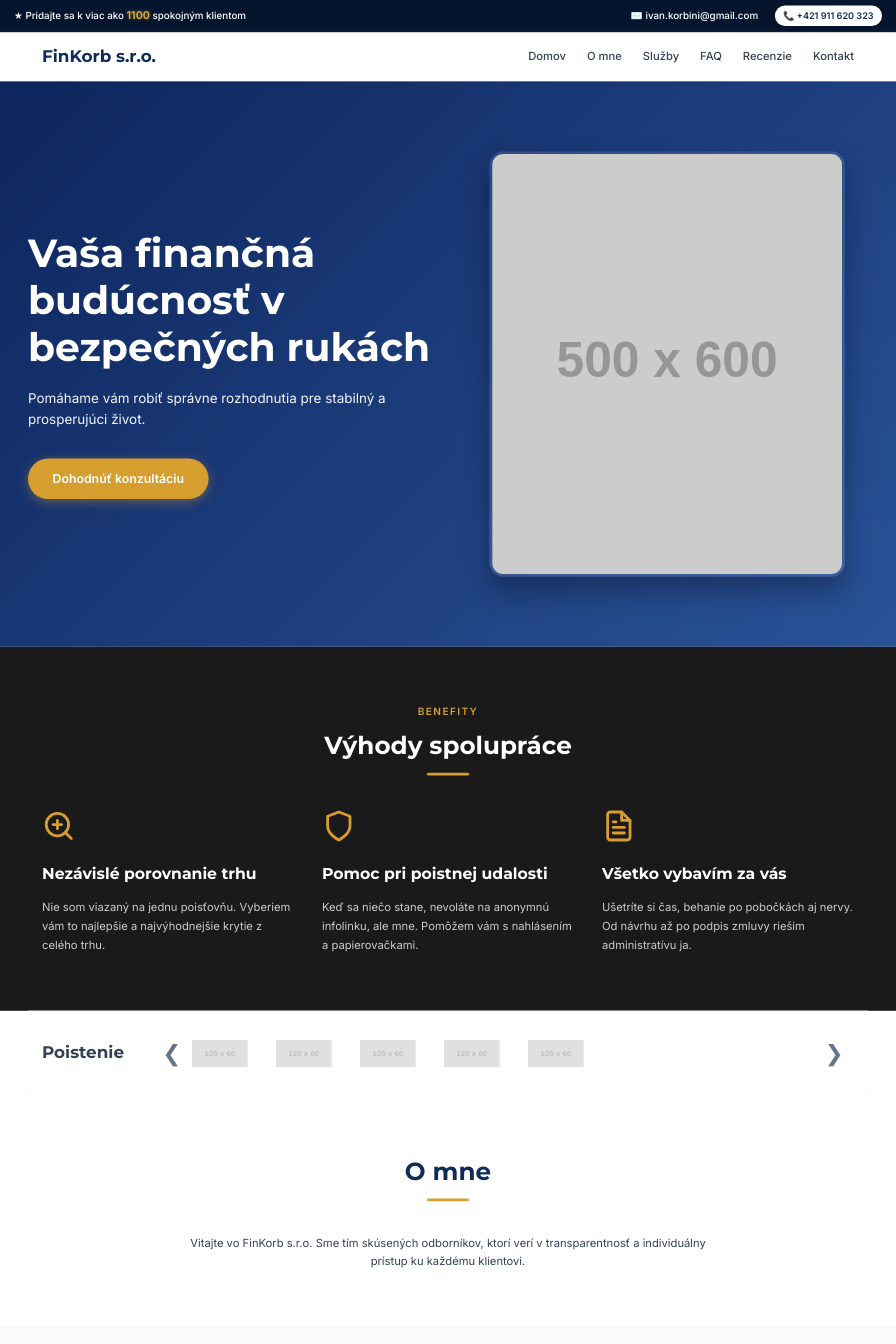
Repository: IvanK03/personal_web
Page: web/index.html
The author's editor kept a copy of each file at every save. The page is drawn from the files as they stood at one save, then again after the next save.
The browser window is 1280 px wide. The pictures show the part of the page from y = 0 to 1920 px (the page is 3526 px tall), at 70% of full size.

Above is the page before, as saved 2026-02-22 12:29:58.

After the next save:
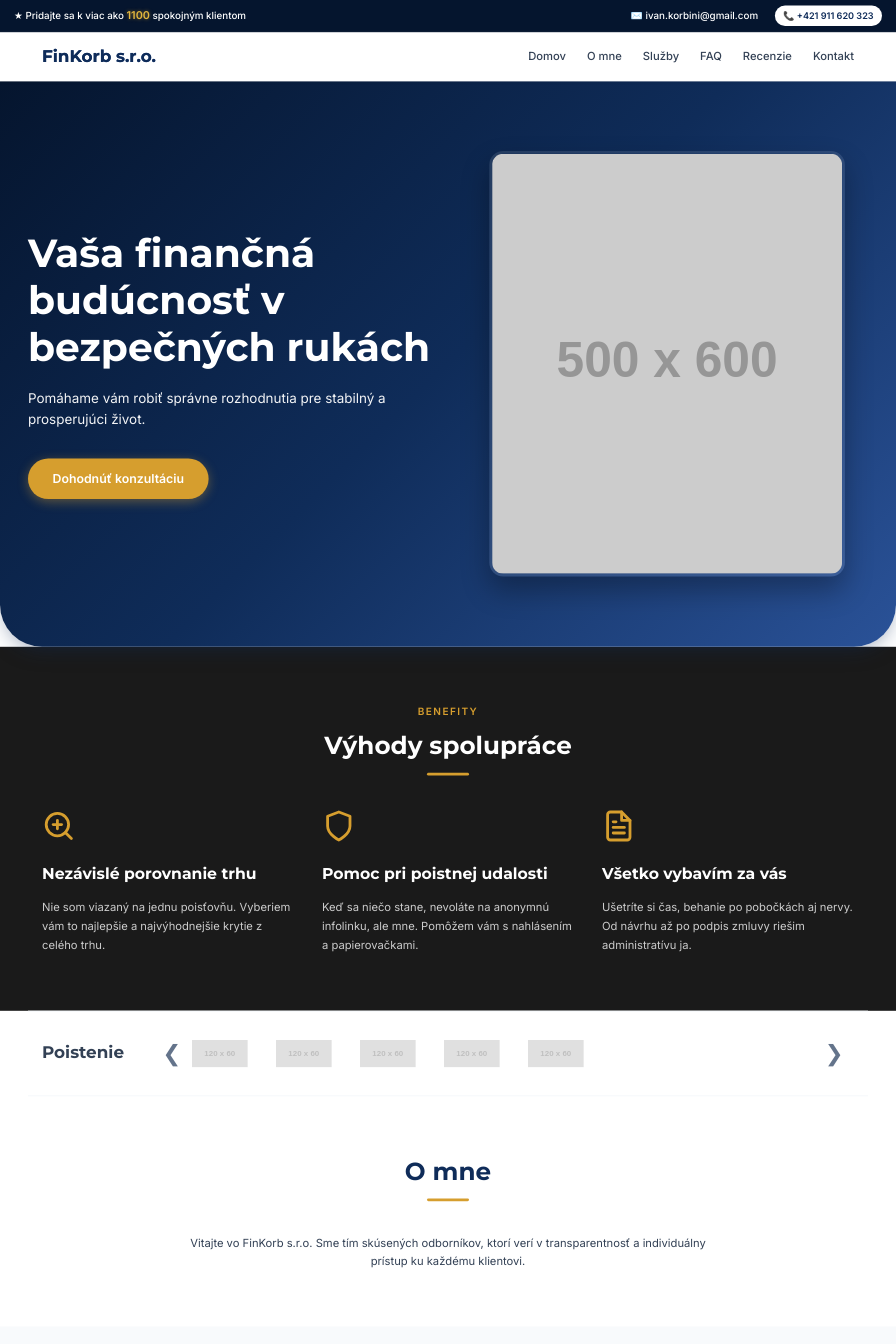
Saved 3 s later.
--- a/web/style.css
+++ b/web/style.css
@@ -171,6 +171,10 @@
     font-size: 1.5rem;
     font-weight: 700;
     color: var(--primary-color);
+    background: linear-gradient(45deg, var(--primary-color), #2a5298);
+    -webkit-background-clip: text;
+    background-clip: text;
+    transition: var(--transition);
 }
 
 nav ul {
@@ -182,6 +186,24 @@
     font-weight: 500;
     color: var(--text-dark);
     transition: var(--transition);
+    position: relative;
+}
+
+/* Moderný hover efekt pre navigáciu (podčiarknutie zo stredu) */
+nav a::after {
+    content: '';
+    position: absolute;
+    width: 0;
+    height: 2px;
+    bottom: -4px;
+    left: 50%;
+    background-color: var(--accent-color);
+    transition: all 0.3s ease;
+    transform: translateX(-50%);
+}
+
+nav a:hover::after {
+    width: 100%;
 }
 
 nav a:hover {
@@ -190,11 +212,17 @@
 
 /* Hero Sekcia */
 #hero {
-    background: linear-gradient(135deg, #0d255c, #2a5298); /* Nový hlbší gradient */
+    background: linear-gradient(135deg, #05152e 0%, #0f2c59 50%, #2a5298 100%);
     color: var(--white);
     padding: 100px 20px;
     max-width: 100%; /* Hero roztiahneme na celú šírku */
     overflow: hidden;
+    /* Moderné zaoblenie spodnej časti */
+    border-bottom-left-radius: 60px;
+    border-bottom-right-radius: 60px;
+    box-shadow: 0 10px 30px -10px rgba(15, 44, 89, 0.5);
+    position: relative;
+    z-index: 1;
 }
 
 .hero-content {
@@ -224,6 +252,20 @@
     box-shadow: 0 20px 40px rgba(0, 0, 0, 0.3);
     border: 4px solid rgba(255, 255, 255, 0.1);
     object-fit: cover;
+    /* Animácia plávania */
+    animation: float 6s ease-in-out infinite;
+}
+
+@keyframes float {
+    0% {
+        transform: translateY(0px);
+    }
+    50% {
+        transform: translateY(-15px);
+    }
+    100% {
+        transform: translateY(0px);
+    }
 }
 
 #hero h1 {
